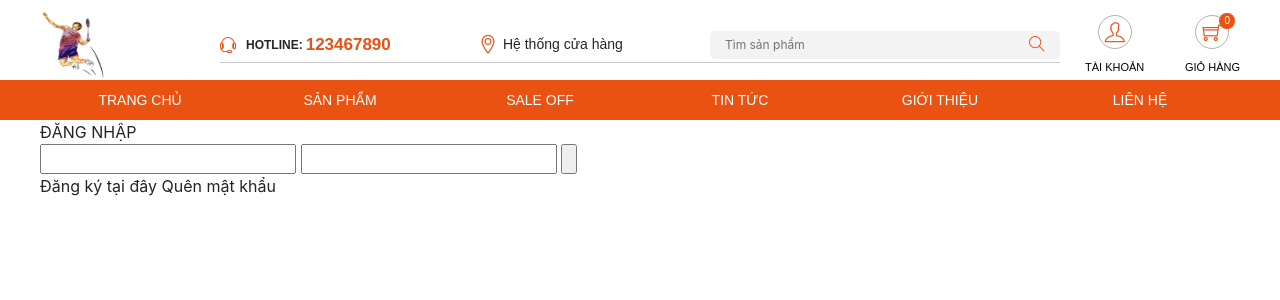
Repository: Namtran3107/CauLongSo1
Page: login.html
These files come from the project's save history. The page is drawn as it stood at one moment and after the next save; the edit follows.
The browser window is 1280 px wide. The pictures show the whole page.

Above is the page before, as saved 2022-12-11 14:04:19.

After the next save:
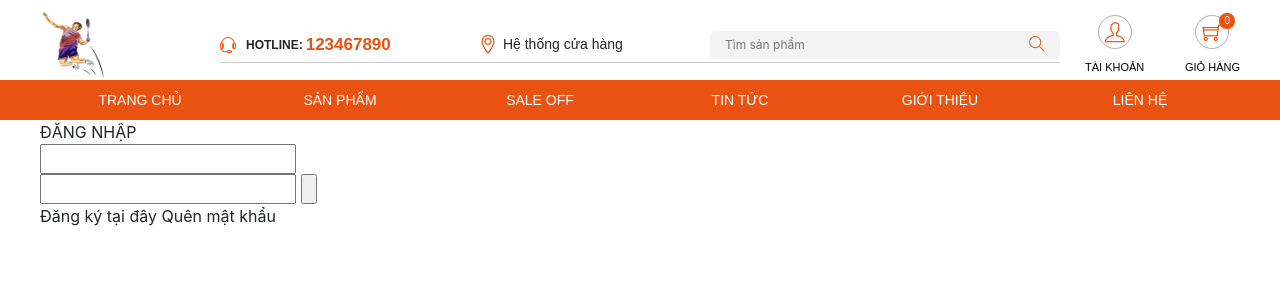
Saved 105 s later.
--- a/login.css
+++ b/login.css
@@ -2,3 +2,7 @@
     width: 1200px;
     margin: 0 auto;
 }
+.body-website-login-item{
+    width: 400px;
+    height: 340px;
+}
